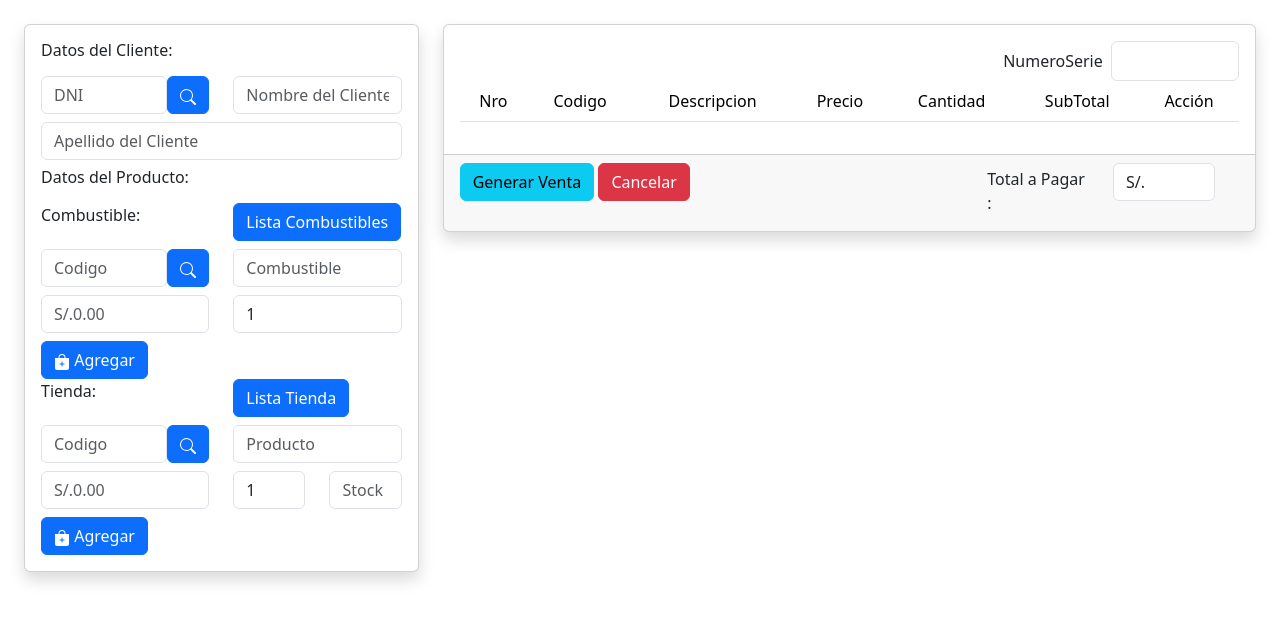
Repository: alexpool1122/evaluaciones
Page: http://localhost/Centenario2023/Ventas.jsp
These files come from the project's save history. The page is drawn as it stood at one moment and after the next save; the edit follows.
The browser window is 1280 px wide. The pictures show the whole page.
The page is served by Tomcat 10. The template is opened directly, without the code that normally fills it, so the values that code supplies are empty.

Above is the page before, as saved 2023-06-29 19:10:56.

After the next save:
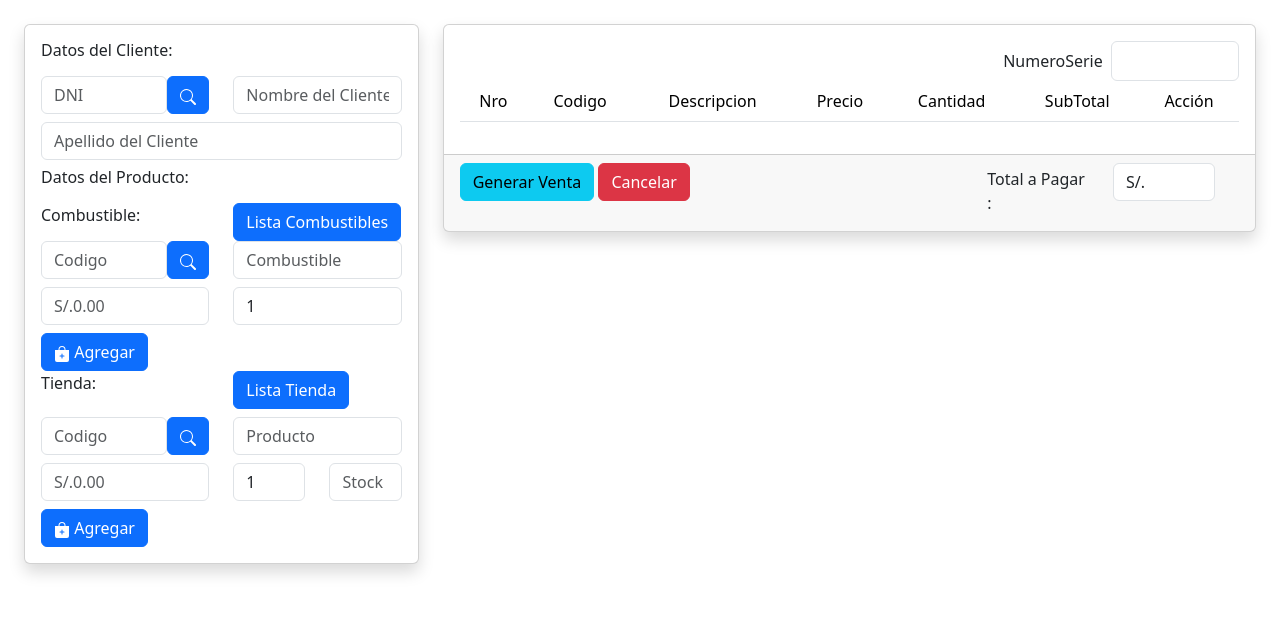
Saved 49 s later.
--- a/ProyectoFinal/Proyecto/Centenario2023/src/main/webapp/Ventas.jsp
+++ b/ProyectoFinal/Proyecto/Centenario2023/src/main/webapp/Ventas.jsp
@@ -59,7 +59,7 @@
 							<div class="form-group row mb-2">
 								<h6>Datos del Producto:</h6>
 							</div>
-							<div class="form-group row mb-2">
+							<div class="form-group row">
 								<div class="col-6">
 									<label>Combustible:</label>
 								</div>
